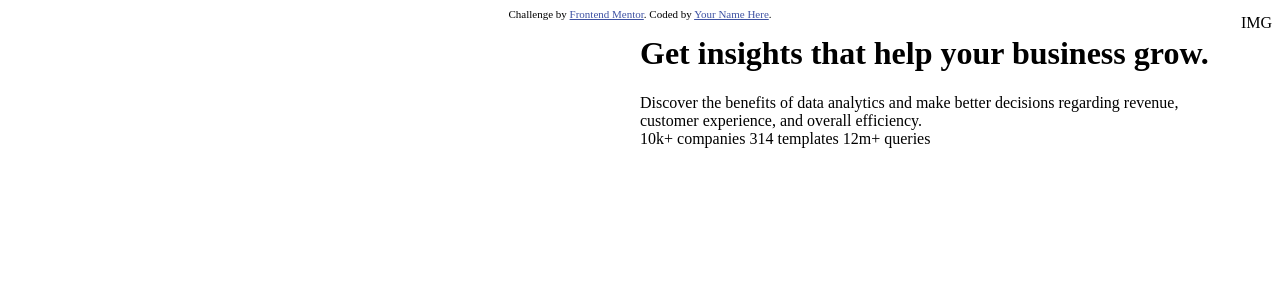
Repository: wasanmsn/Card_Challange
Page: index.html
These files come from the project's save history. The page is drawn as it stood at one moment and after the next save; the edit follows.
The browser window is 1280 px wide. The pictures show the whole page.

Above is the page before, as saved 2021-07-21 15:41:29.

### index.html
<!DOCTYPE html>
<html lang="en">

<head>
  <meta charset="UTF-8">
  <meta name="viewport" content="width=device-width, initial-scale=1.0">
  <!-- displays site properly based on user's device -->

  <link rel="icon" type="image/png" sizes="32x32" href="./images/favicon-32x32.png">
  <link rel="stylesheet" href="./stylesheet.css">

  <title>Frontend Mentor | Stats preview card component</title>

  <!-- Feel free to remove these styles or customise in your own stylesheet 👍 -->
  <style>
    .attribution {
      font-size: 11px;
      text-align: center;
    }

    .attribution a {
      color: hsl(228, 45%, 44%);
    }
  </style>
</head>

<body>
  <div class="container">
    <div class="column1">
      <h1>
        Get insights that help your business grow.
      </h1>
      <div>
        Discover the benefits of data analytics and make better decisions regarding revenue, customer
        experience, and overall efficiency.
      </div>
      <div>
        10k+ companies
        314 templates
        12m+ queries
      </div>
    </div>
      <div class="column2">
    IMG
    </div>
  </div>

  <div class="attribution">
    Challenge by <a href="https://www.frontendmentor.io?ref=challenge" target="_blank">Frontend Mentor</a>.
    Coded by <a href="#">Your Name Here</a>.
  </div>
</body>

</html>

### stylesheet.css
body{
    position: relative;
}
.container{
    display: flex;
    position: absolute;
    left: 50%;
    top: 50%;
    transform: translateY(-50%,-50%);
}

After the next save:
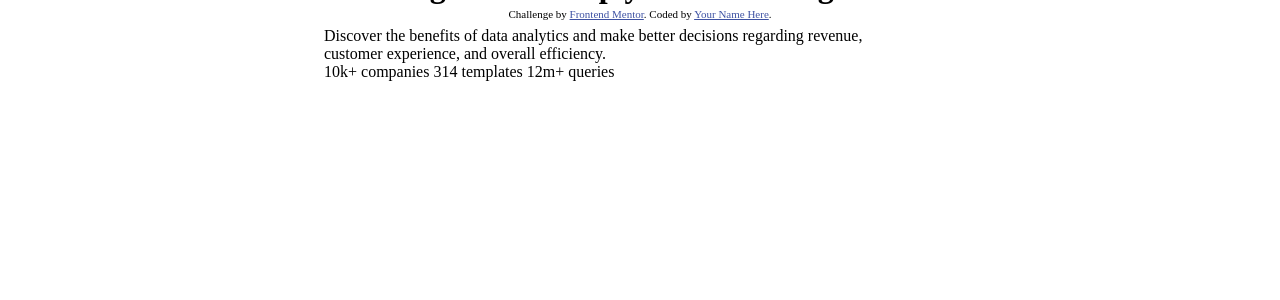
Saved 21 s later.
--- a/stylesheet.css
+++ b/stylesheet.css
@@ -6,5 +6,5 @@
     position: absolute;
     left: 50%;
     top: 50%;
-    transform: translateY(-50%,-50%);
+    transform: translate(-50%,-50%);
 }
